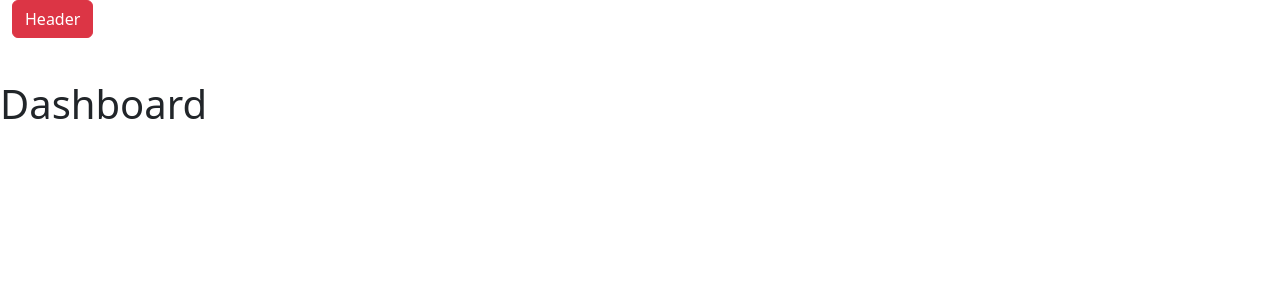
Repository: gautamsonam011/admin-react-dashboard
Page: /
An editor plug-in stored every save of this project. The page is shown before and after the next save, followed by the edit.
The browser window is 1280 px wide. The pictures show the whole page.
The project was rebuilt for these pictures with package versions that can differ from the ones it lists, and the page was loaded fresh each time.

Above is the page before, as saved 2025-04-13 21:02:20.

### src/App.js
import { BrowserRouter, Routes, Route } from 'react-router-dom';
import './App.css';
import "bootstrap/dist/css/bootstrap.min.css";
import Dashboard from './pages/Dashboard/Dashboard';
import Header from "./components/Header/index";
function App() {
  return (
    <BrowserRouter>
    <Header/>
    <Routes>
      <Route path = "/" exact={true} element={<Dashboard/>} />
    </Routes>
    </BrowserRouter>
  );
}

export default App;

### src/App.css
@import url('https://fonts.googleapis.com/css2?family=Ubuntu:ital,wght@0,300;0,400;0,500;0,700;1,300;1,400;1,500;1,700&display=swap');

body{
  font-family: "Ubuntu", sans-serif;
  background-color: #ebe9e9;

}

header{
  width:100%;
  height: 80px;
  background-color:#fff;
}

### src/pages/Dashboard/Dashboard.jsx
const Dashboard = () =>{
    return (
        <>
        <h1>Dashboard</h1>
        </>
    )
}

export default Dashboard;

### src/components/Header/index.jsx
const Header = () =>{
    return (
        <>
        <header>
            <div className="container-fluid">
                <button className="btn btn-danger">Header</button>
            </div>
        </header>
        </>
    )
}

export default Header

Loaded but not shown: public/index.html (common file); src/index.js (common file); src/reportWebVitals.js (common file)

After the next save:
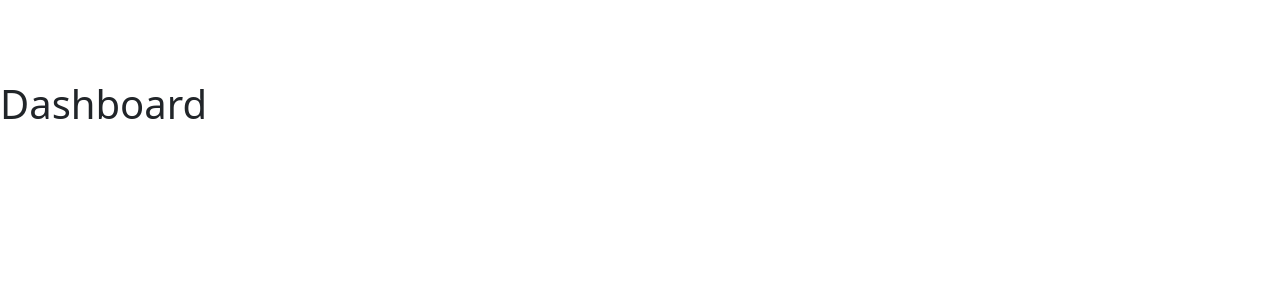
Saved 3 min 34 s later.
--- a/src/components/Header/index.jsx
+++ b/src/components/Header/index.jsx
@@ -1,9 +1,20 @@
+import {Link} from "react-router-dom";
+import logo from "../../assests/images/logo.jpg";
+
 const Header = () =>{
     return (
         <>
         <header>
             <div className="container-fluid">
-                <button className="btn btn-danger">Header</button>
+                <div className="row">
+                    {/* logo */}
+                    <div className="col-xs-3">
+                        <Link to ></Link>
+                    </div>
+                    <div>
+
+                    </div>
+                </div>
             </div>
         </header>
         </>
